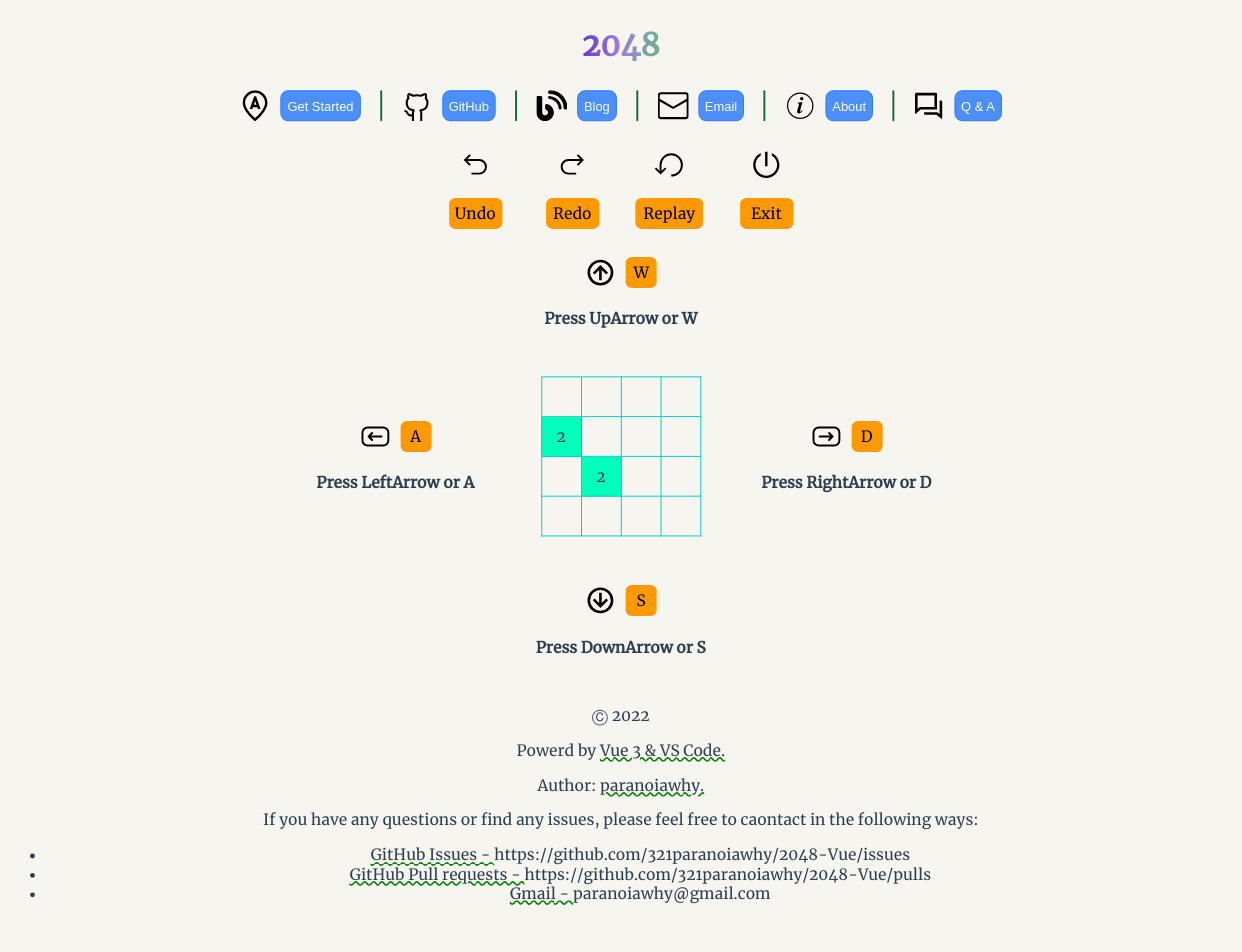
Repository: 321paranoiawhy/2048
Page: /
An editor plug-in stored every save of this project. The page is shown before and after the next save, followed by the edit.
The browser window is 1280 px wide. The pictures show the whole page, at 97% of full size.
The project was rebuilt for these pictures with package versions that can differ from the ones it lists, and the page was loaded fresh each time. Also part of the build but not shown: vue.config.js.

Above is the page before, as saved 2022-04-28 10:16:38.

After the next save:
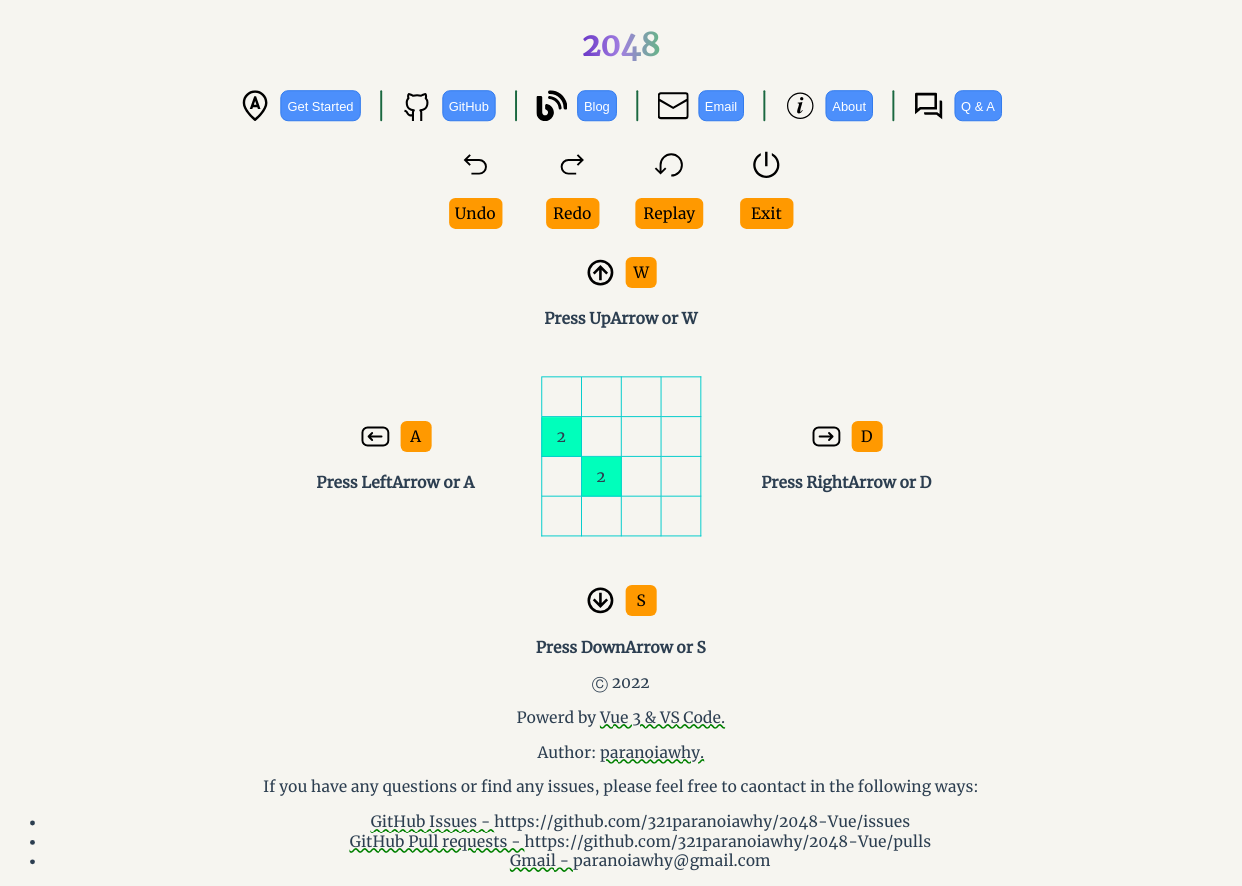
Saved 46 s later.
--- a/src/views/HomeView.vue
+++ b/src/views/HomeView.vue
@@ -844,7 +844,4 @@ span {
 .class2048 {
     background: #ff8700;
 }
-Footer {
-    margin: 50px 0;
-}
 </style>
